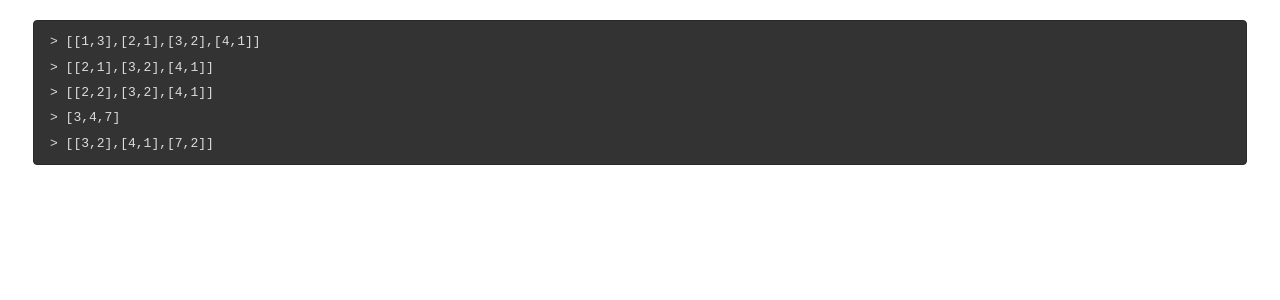
Repository: betaWeb/twicejs
Page: index.html
These files come from the project's save history. The page is drawn as it stood at one moment and after the next save; the edit follows.
The browser window is 1280 px wide. The pictures show the whole page.

Above is the page before, as saved 2019-12-12 14:33:16.

### index.html
<!DOCTYPE html>
<html lang="en">

<head>
    <meta charset="UTF-8">
    <meta name="viewport" content="width=device-width, initial-scale=1.0">
    <meta http-equiv="X-UA-Compatible" content="ie=edge">
    <title>TwiceJS</title>
    <style>
        pre {
            background: #333;
            white-space: pre;
            word-wrap: break-word;
            overflow: auto;
        }

        pre.code {
            margin: 20px 25px;
            padding: .5rem 0;
            border-radius: 4px;
            border: 1px solid #292929;
            position: relative;
        }

        pre.code code {
            display: block;
            padding: .2rem 16px .2rem;
            overflow-x: auto;
            font-size: 13px;
            line-height: 19px;
            color: #ddd;
        }
    </style>
</head>
<div id="app">
    <pre class="code"></pre>
</div>

<body>
    <script type="text/javascript" src="/TwiceJS.js" defer></script>
    <script type="text/javascript" defer>
        document.addEventListener('DOMContentLoaded', () => {
            const $pre = document.querySelector('#app .code')
            const print = str => {
                const $code = document.createElement('code')
                $code.innerHTML = '> ' + JSON.stringify(str)
                $pre.appendChild($code)
            }
            let set = new window.TwiceJS
            set.append([1, 1, 1, 2, 3, 3, 4])
            print(set.withCount)
            set.remove(1)
            print(set.withCount)
            set.append(2)
            print(set.withCount)
            set.replace(2, 7)
            print(set.entries)
            print(set.withCount)
        })
    </script>
</body>

</html>

### TwiceJS.js
/**
 * @property {Object} options
 * @property {Map} dataset
 */
class TwiceJS {

    /**
     * @returns {Array}
     */
    get entries() {
        return Array.from(this.keys.map(this._decodeKey.bind(this)))
    }

    /**
     * @returns {Object[] | Array[]}
     */
    get withCount() {
        return this.keys.reduce((acc, key) => {
            const count = this._dataset.get(key)
            const item = this._decodeKey(key)

            if (item.constructor !== Object)
                return [...acc, [item, count]]

            return [
                ...acc,
                {
                    ...item,
                    ...{ [this.options.count_key]: count }
                }
            ]
        }, [])
    }

    /**
     * @returns {Array}
     */
    get keys() {
        return [...this._dataset.keys()]
    }

    /**
     * @returns {Boolean}
     */
    get isEmpty() {
        return this.keys.length === 0
    }

    /**
     * @returns {Map}
     */
    get rawMap() {
        return this._dataset
    }

    /**
     * @returns {Object}
     */
    static get DEFAULT_OPTIONS() {
        return {
            count_key: '_count'
        }
    }

    /**
     * @param {Object} options
     */
    constructor(options = {}) {
        this.options = { ...TwiceJS.DEFAULT_OPTIONS, ...options }
        this.clear()
    }

    /**
     * @returns {TwiceJS}
     */
    clear() {
        this._dataset = new Map()
        return this
    }

    /**
     * @param {Array|*} data
     * @returns {TwiceJS}
     */
    append(data) {
        return this._process(data, item => {
            const key = this._keyify(item)
            let count = this._dataset.get(key) || 0

            this._dataset.set(key, count += 1)
        })
    }

    /**
     * @param {Array|*} oldKey
     * @param {Array|*} newKey
     * @returns {TwiceJS}
     */
    replace(oldKey, newKey) {
        oldKey = this._keyify(oldKey)
        newKey = this._keyify(newKey)

        if (!this._dataset.has(oldKey))
            throw new Error(`[Err] TwiceJS.set :: key '${oldKey}' doesn't exists on dataset`)

        const oldCount = this._dataset.get(oldKey)

        this
            .remove(oldKey)
            .append(newKey)

        this._dataset.set(newKey, oldCount)

        return this
    }

    /**
     * @param {Array|*} data
     * @returns {TwiceJS}
     */
    remove(data) {
        return this._process(data, item => {
            const key = this._keyify(item)

            if (this._dataset.has(key))
                this._dataset.delete(key)
        })
    }

    /**
     * @param {*} item
     * @returns {Number}
     */
    count(item) {
        const key = this._keyify(item)
        return this._dataset.get(key) || 0
    }

    /**
     * @param {Array} data
     * @param {Function} process
     * @returns {TwiceJS}
     */
    _process(data, process) {
        if (!Array.isArray(data))
            data = [data]

        data = this._normalize(data)
        data.forEach(process.bind(this))
        return this
    }

    /**
     * @param {*} item
     * @returns {String}
     */
    _keyify(item) {
        if (!Array.isArray(item) && item.constructor !== Object)
            return item.toString()

        try {
            return JSON.stringify(item)
        } catch (e) {
            throw new Error(`[Err] TwiceJS._keyify :: error on keyify item ${item}\n${e}`)
        }
    }

    /**
     * @param {String} key
     * @returns {*}
     */
    _decodeKey(key) {
        try {
            return JSON.parse(key)
        } catch (err) {
            return key;
        }
    }

    /**
     * @param {Array|Object|*} data
     * @returns {Array|Object|*}
     */
    _normalize(data) {
        try {
            return JSON.parse(JSON.stringify(data))
        } catch (e) {
            return data
        }
    }

}

if (!('TwiceJS' in window))
    window.TwiceJS = TwiceJS

After the next save:
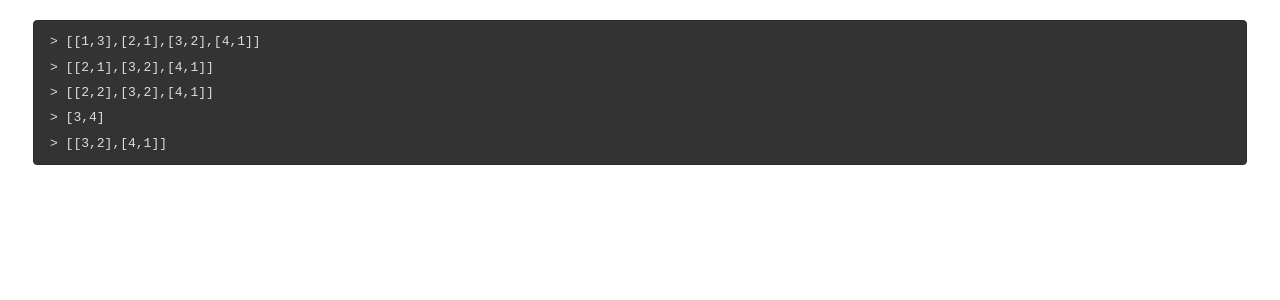
Saved 23 s later.
--- a/index.html
+++ b/index.html
@@ -53,7 +53,7 @@
             print(set.withCount)
             set.append(2)
             print(set.withCount)
-            set.replace(2, 7)
+            set.replace(2, 3)
             print(set.entries)
             print(set.withCount)
         })
